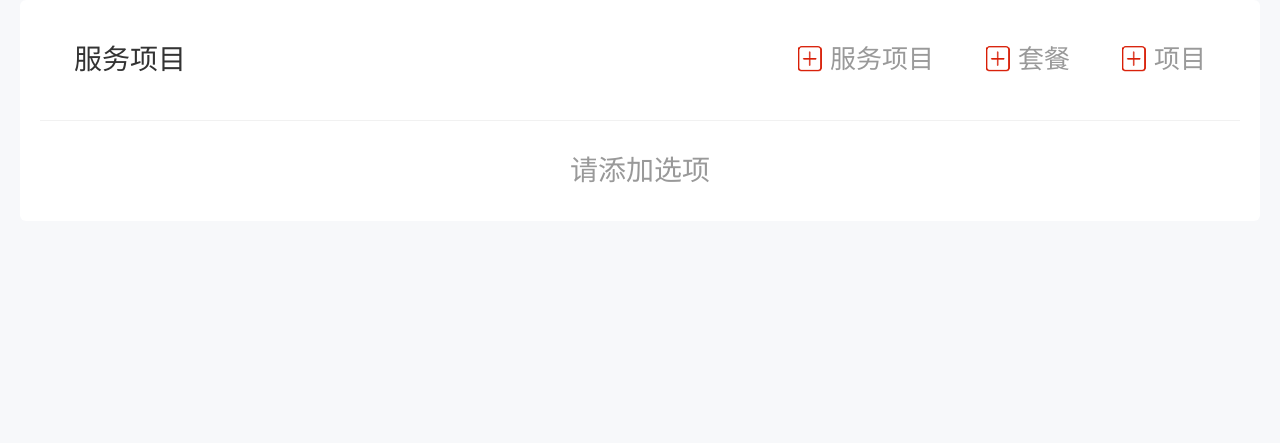
Repository: family-car/car
Page: maintenance.html
The author's editor kept a copy of each file at every save. The page is drawn from the files as they stood at one save, then again after the next save.
The browser window is 1280 px wide. The pictures show the whole page.

Above is the page before, as saved 2020-05-12 20:42:32.

After the next save:
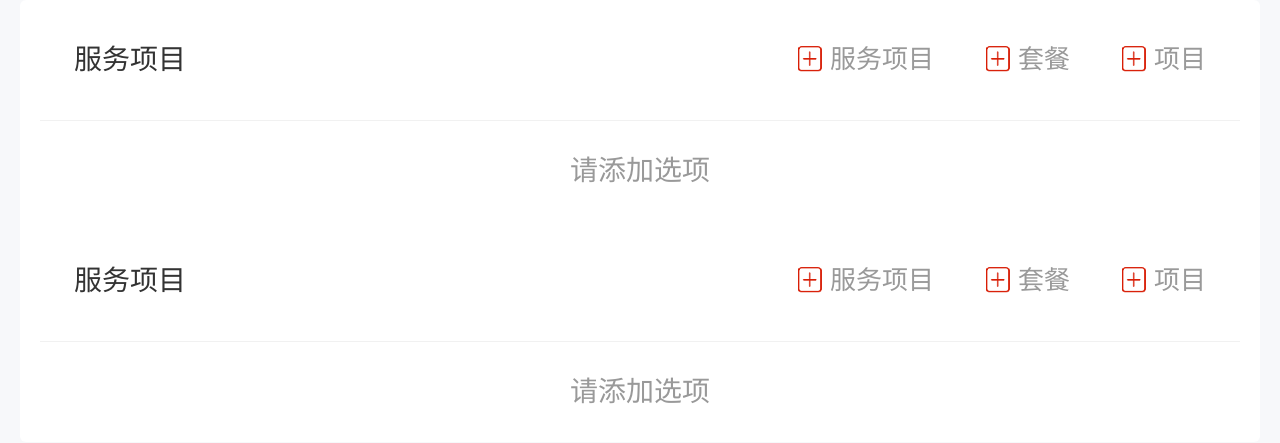
Saved 33 s later.
--- a/maintenance.html
+++ b/maintenance.html
@@ -33,6 +33,15 @@
                 </ul>
                 <p>请添加选项</p>
            </div>
+           <div class="serviceP_form_item">
+            <ul class="cf">
+                <li class="fl">服务项目</li>
+                <li class="fr serviceP_title_right"><img src="src/image/small_add.png"/>项目</li>
+                <li class="fr serviceP_title_right"><img src="src/image/small_add.png"/>套餐</li>
+                <li class="fr serviceP_title_right"><img src="src/image/small_add.png"/>服务项目</li>
+            </ul>
+            <p>请添加选项</p>
+       </div>
         </div>
     </div>
 </div>
